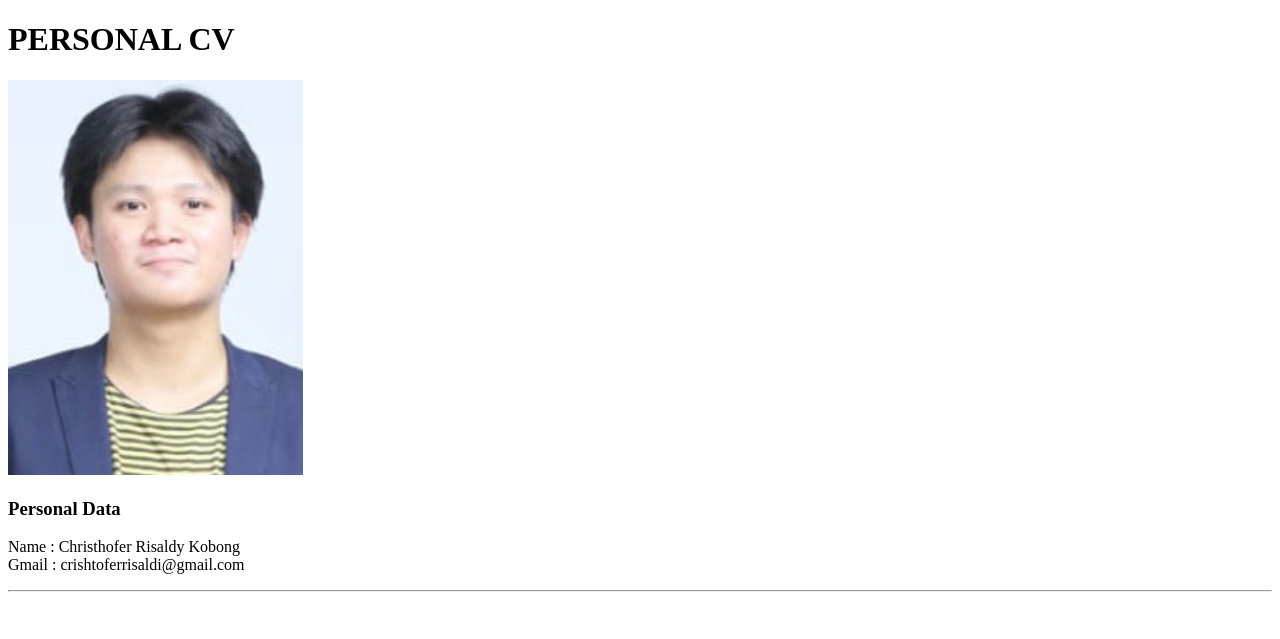
Repository: ChristhoferRisaldy/CVWeb
Page: web.html
These files come from the project's save history. The page is drawn as it stood at one moment and after the next save; the edit follows.
The browser window is 1280 px wide. The pictures show the whole page.

Above is the page before, as saved 2025-02-21 21:01:14.

After the next save:
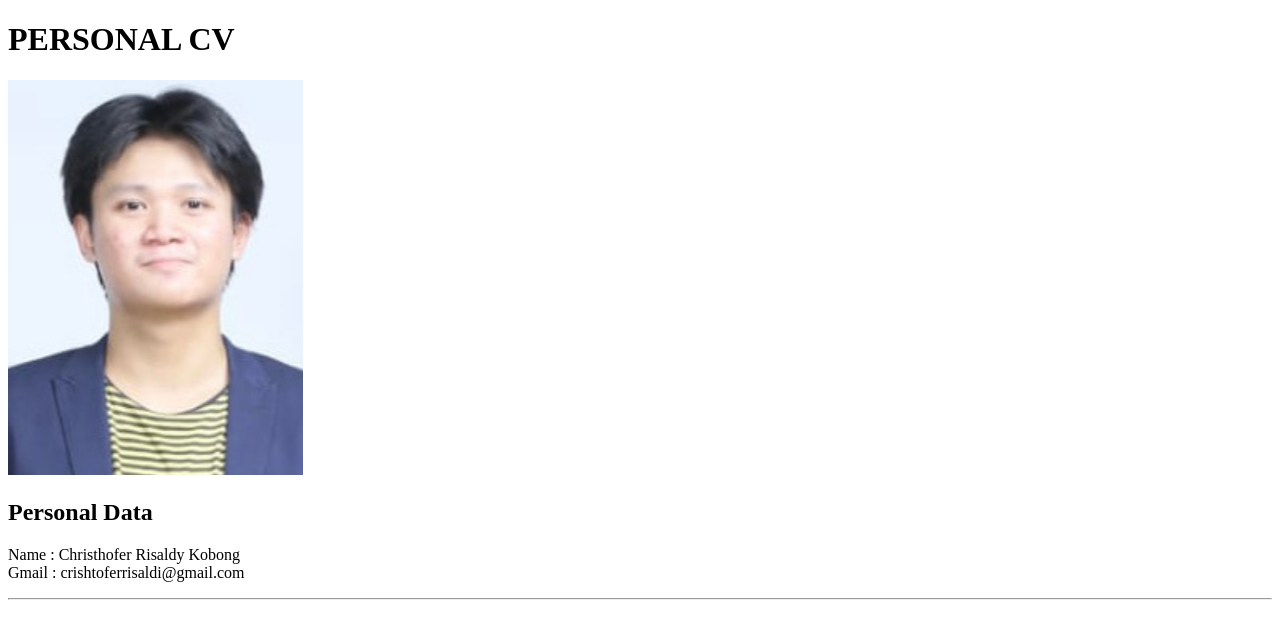
Saved 21 s later.
--- a/web.html
+++ b/web.html
@@ -6,7 +6,7 @@
     <body>
         <h1>PERSONAL CV</h1>
         <img src="1.png">
-        <h3><b>Personal Data</b></h3>
+        <h2><b>Personal Data</b></h3>
         <p>
             Name : Christhofer Risaldy Kobong<br>
             Gmail : crishtoferrisaldi@gmail.com<br>
